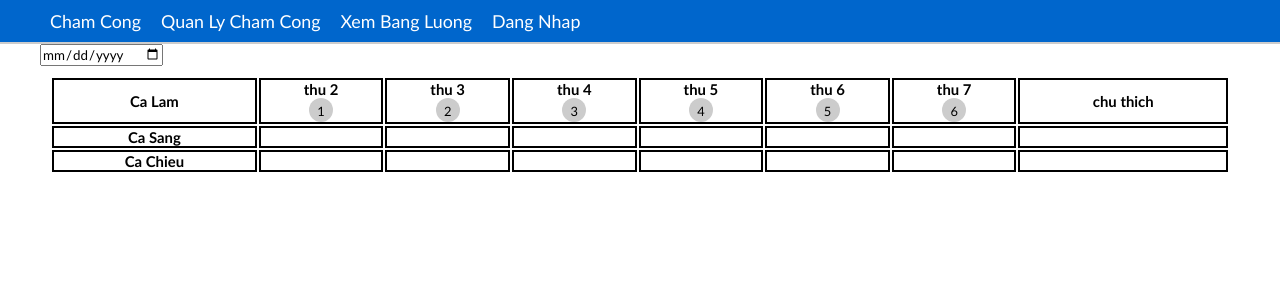
Repository: LDDUNG2003/a
Page: index.html
These files come from the project's save history. The page is drawn as it stood at one moment and after the next save; the edit follows.
The browser window is 1280 px wide. The pictures show the whole page.

Above is the page before, as saved 2023-10-14 20:30:44.

### index.html
<!DOCTYPE html>
<html lang="en">

<head>
    <meta charset="UTF-8">
    <meta name="viewport" content="width=device-width, initial-scale=1.0">
    <title>trang chu</title>
    <link rel="stylesheet" href="./controlView/css/base.css">
    <link rel="stylesheet" href="./controlView/css/index.css">
</head>

<body>
    <div class="main">
        <!-- start header -->
        <header class="app__header">
            <nav class="navBar">
                <ul class="navBar-list">
                    <li class="navBar--items"><a href="" class="navbar--link">Cham cong</a></li>
                    <li class="navBar--items"><a href="" class="navbar--link">Quan ly cham cong</a></li>
                    <li class="navBar--items">
                        <a href="" class="navbar--link">Xem bang luong</a></li>
                    <!-- login  -->
                    <li class="navBar--items">
                        <a href="./login.html" class="navbar--link">dang nhap</a></li>
                    <!-- admin menu -->
                    <!-- <li class="navBar--items">
                        admin
                        <ul class="account-list">
                            <li class="account--item"><a href="" class="navbar--link">admin</a></li>
                            <li class="account--item"><a href="" class="navbar--link">quan li nhan su</a></li>
                            <li class="account--item"><a href="" class="navbar--link">dang xuat</a></li>
                        </ul>
                    </li> -->
                    <!-- personnel menu -->
                    <!-- <li class="navBar--items">
                        account name
                        <ul class="account-list">
                            <li class="account--item"><a href="" class="navbar--link">cai dat tai khoan</a></li>
                            <li class="account--item"><a href="" class="navbar--link">dang ki ca lam</a></li>
                            <li class="account--item"><a href="" class="navbar--link">dang xuat</a></li>
                        </ul>
                    </li> -->
                </ul>
            </nav>
        </header>
        <!-- end header -->

        <!-- start content -->
        <div class="app__content">
            <div class="content-date--show">
                <div class="date-show">
                    <input type="date" name="" id="">
                </div>
            </div>
            <table class="content-table">
                <tr class="table--row">
                    <th class="table--item-impotain">Ca Lam</th>
                    <th class="table--item">thu 2
                        <span class="table-date--item">1</span>
                    </th>
                    <th class="table--item">thu 3
                        <span class="table-date--item">2</span>
                    </th>
                    <th class="table--item">thu 4
                        <span class="table-date--item">3</span>
                    </th>
                    <th class="table--item">thu 5
                        <span class="table-date--item">4</span>
                    </th>
                    <th class="table--item">thu 6
                        <span class="table-date--item">5</span>
                    </th>
                    <th class="table--item">thu 7
                        <span class="table-date--item">6</span>
                    </th>
                    <th class="table--item">chu thich</th>
                </tr>
                <tr class="table--row">
                    <th class="table--item-impotain">Ca sang</th>
                    <th class="table--item"></th>
                    <th class="table--item"></th>
                    <th class="table--item"></th>
                    <th class="table--item"></th>
                    <th class="table--item"></th>
                    <th class="table--item"></th>
                    <th class="table--item"></th>
                </tr>
                <tr class="table--row">
                    <th class="table--item-impotain">Ca chieu</th>
                    <th class="table--item"></th>
                    <th class="table--item"></th>
                    <th class="table--item"></th>
                    <th class="table--item"></th>
                    <th class="table--item"></th>
                    <th class="table--item"></th>
                    <th class="table--item"></th>
                </tr>
            </table>
        </div>
        <!-- end content -->
    </div>
</body>

</html>

### controlView/css/base.css
:root {
    --primary-color: #0066cc;
    --text-color: #040404;
}

* {
    padding: 0px;
    margin: 0px;
    font-family: 'Trebuchet MS', 'Lucida Sans Unicode', 'Lucida Grande', 'Lucida Sans', Arial, sans-serif;
}

html,
body {
    font-size: 0.62rem;
}

.main {}

.app__header {
    color: #fff;
    width: 100%;
    border-bottom: solid 2px #ccc;
    background-color: var(--primary-color);
}

.navBar {
    width: 100%;
    max-width: 1200px;
    margin: auto;
    cursor: pointer;
}

.navBar-list {
    display: flex;
    list-style: none;
    color: #fff;
}

.navBar--items {
    padding: 10px 10px;
    font-size: 1.8rem;
    position: relative;
    text-transform: capitalize;
}

.navBar--items::after {
    content: '';
    padding-top: 5px;
    top: 80%;
    left: 10px;
    display: none;
    /* width: 0px; */
    background-color: var(--primary-color);
    position: absolute;
    width: 70px;
}

.navBar--items:hover .navBar--items::after {
    display: block;
}

.navbar--link {
    text-decoration: none;
    color: inherit;
}

.account-list {
    position: absolute;
    width: 150px;
    display: none;
    list-style: none;
    padding: 4px;
    color: var(--text-color);
    top: 100%;
    left: 0px;
    box-shadow: #414141;
    background-color: white;
}

.navBar--items:hover .account-list {
    display: block;
}

.account--item {
    padding: 5px 0px;
    border-bottom: solid 1px #ccc;
}

### controlView/css/index.css
.app__content {
    width: 100%;
    max-width: 1200px;
    margin: auto;
}

.content-table {
    padding: 10px;
    width: 100%;
    font-size: 1.5rem;
}

.table--row {}

.table--item {
    border: solid 2px #000;
    align-items: center;
}

.table--item-impotain {
    border: solid 2px #000;
    text-transform: capitalize;
}

.table-date--item {
    display: block;
    font-weight: 300;
    background-color: #ccc;
    font-size: 1.3rem;
    width: 14px;
    height: 14px;
    padding: 5px;
    border-radius: 50%;
    margin: auto;
}

After the next save:
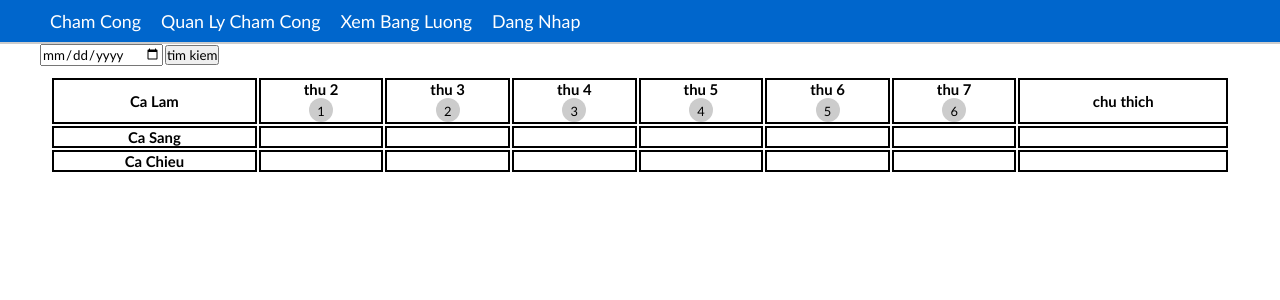
Saved 30 s later.
--- a/index.html
+++ b/index.html
@@ -50,6 +50,7 @@
             <div class="content-date--show">
                 <div class="date-show">
                     <input type="date" name="" id="">
+                    <button>tim kiem</button>
                 </div>
             </div>
             <table class="content-table">
